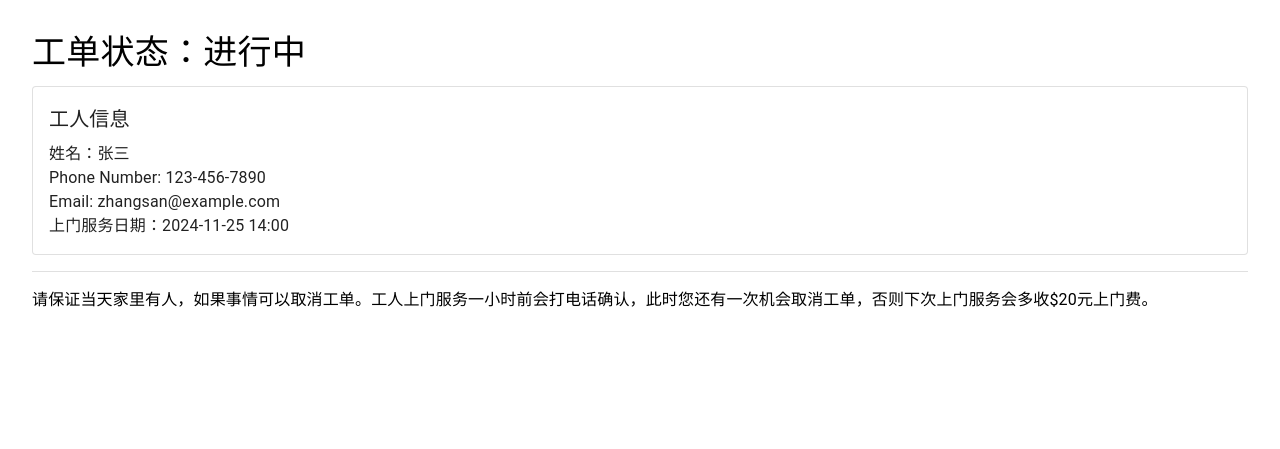
Repository: SummerEkko/uitest1
Page: /order-details
These files come from the project's save history. The page is drawn as it stood at one moment and after the next save; the edit follows.
The browser window is 1280 px wide. The pictures show the whole page.
The project was rebuilt for these pictures with package versions that can differ from the ones it lists, and the page was loaded fresh each time. Also part of the build but not shown: src/pages/StatusPage.tsx.

Above is the page before, as saved 2024-11-21 23:56:18.

After the next save:
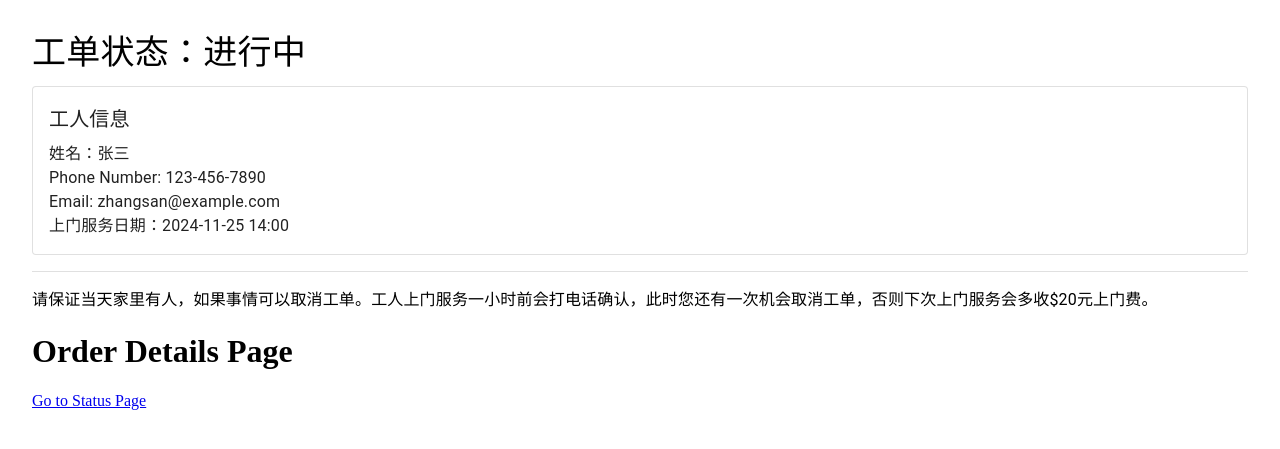
Saved 8 s later.
--- a/src/pages/OrderDetailsPage.jsx
+++ b/src/pages/OrderDetailsPage.jsx
@@ -1,23 +1,23 @@
-import React, { useState, useEffect } from 'react';
-import { Typography, Box, Paper, Divider } from '@mui/material';
+import React, { useState, useEffect } from "react";
+import { Typography, Box, Paper, Divider } from "@mui/material";
 import { Link } from "react-router-dom";
 
 const OrderDetailsPage = () => {
   // Hardcoded worker info for the order
   const hardcodedWorkerInfo = {
-    name: '张三',
-    phoneNumber: '123-456-7890',
-    email: 'zhangsan@example.com',
-    serviceDate: '2024-11-25 14:00',
-    status: '进行中',
+    name: "张三",
+    phoneNumber: "123-456-7890",
+    email: "zhangsan@example.com",
+    serviceDate: "2024-11-25 14:00",
+    status: "进行中",
   };
 
   const [workerInfo, setWorkerInfo] = useState({
-    name: '',
-    phoneNumber: '',
-    email: '',
-    serviceDate: '',
-    status: '',
+    name: "",
+    phoneNumber: "",
+    email: "",
+    serviceDate: "",
+    status: "",
   });
   const [loading, setLoading] = useState(true);
 
@@ -43,14 +43,22 @@ const OrderDetailsPage = () => {
           工人信息
         </Typography>
         <Typography variant="body1">姓名：{workerInfo.name}</Typography>
-        <Typography variant="body1">Phone Number: {workerInfo.phoneNumber}</Typography>
+        <Typography variant="body1">
+          Phone Number: {workerInfo.phoneNumber}
+        </Typography>
         <Typography variant="body1">Email: {workerInfo.email}</Typography>
-        <Typography variant="body1">上门服务日期：{workerInfo.serviceDate}</Typography>
+        <Typography variant="body1">
+          上门服务日期：{workerInfo.serviceDate}
+        </Typography>
       </Paper>
       <Divider sx={{ marginY: 2 }} />
       <Typography variant="body1">
         请保证当天家里有人，如果事情可以取消工单。工人上门服务一小时前会打电话确认，此时您还有一次机会取消工单，否则下次上门服务会多收$20元上门费。
       </Typography>
+      <div>
+        <h1>Order Details Page</h1>
+        <Link to="/">Go to Status Page</Link>
+      </div>
     </Box>
   );
 };
